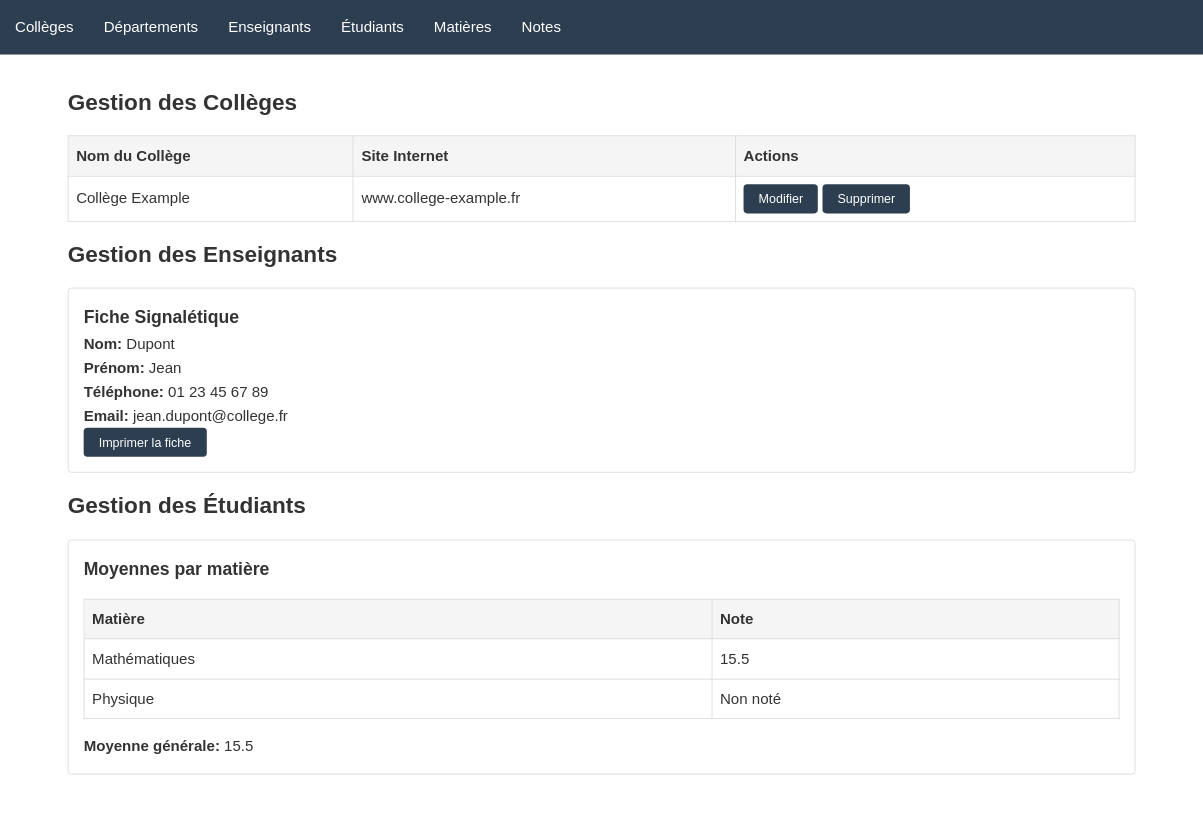
Repository: Ishimw3/college-management
Page: college-management-system.html
The author's editor kept a copy of each file at every save. The page is drawn from the files as they stood at one save, then again after the next save.
The browser window is 1280 px wide. The pictures show the whole page, at 94% of full size.

Above is the page before, as saved 2025-02-24 19:12:41.

After the next save:
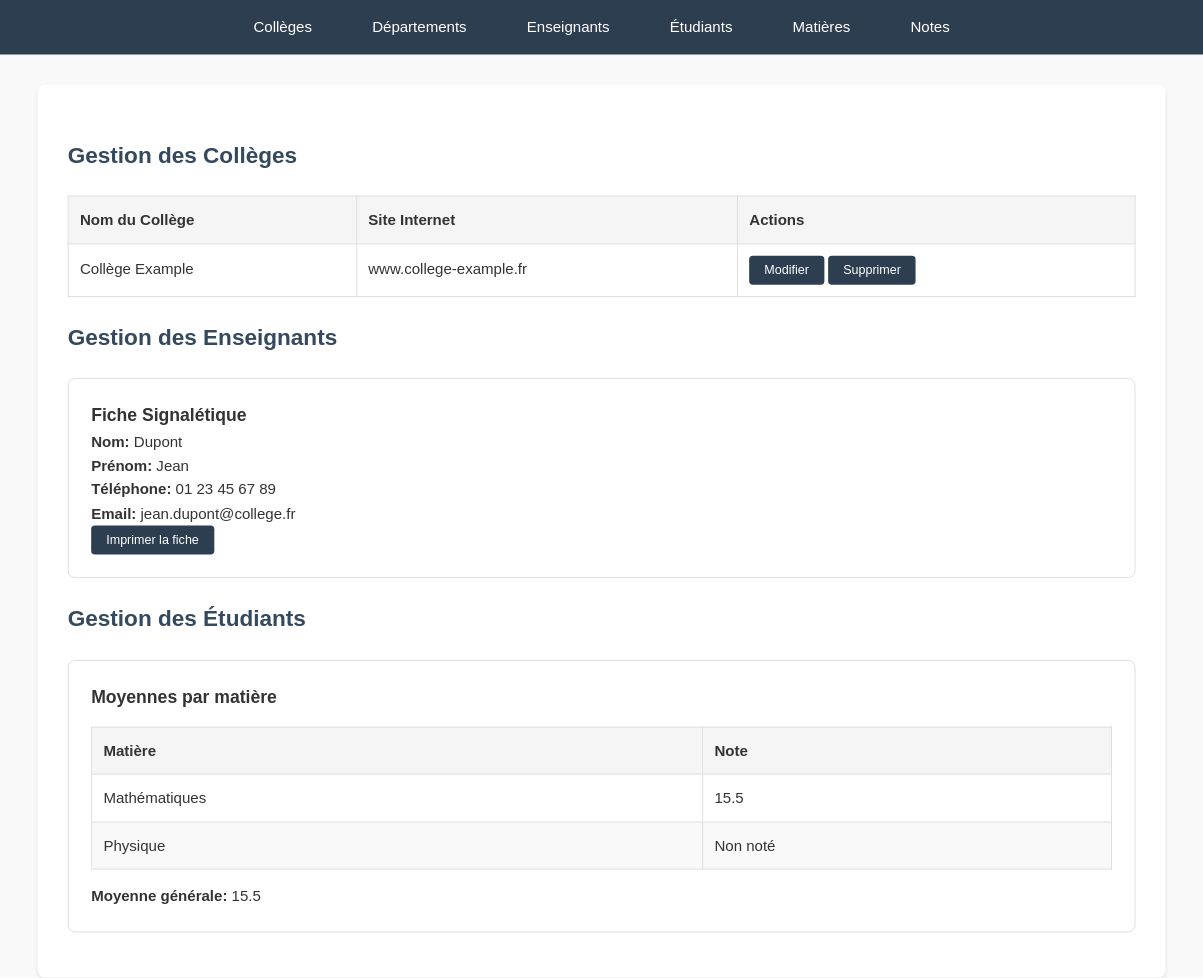
Saved 4 min 0 s later.
--- a/college-management-system.html
+++ b/college-management-system.html
@@ -4,108 +4,7 @@
     <meta charset="UTF-8">
     <meta name="viewport" content="width=device-width, initial-scale=1.0">
     <title>Gestion des Collèges</title>
-    <style>
-        /* Reset et styles de base */
-        * {
-            margin: 0;
-            padding: 0;
-            box-sizing: border-box;
-        }
-
-        body {
-            font-family: Arial, sans-serif;
-            line-height: 1.6;
-            color: #333;
-        }
-
-        /* Navigation */
-        nav {
-            background: #2c3e50;
-            padding: 1rem;
-        }
-
-        nav ul {
-            list-style: none;
-            display: flex;
-            gap: 2rem;
-        }
-
-        nav a {
-            color: white;
-            text-decoration: none;
-        }
-
-        /* Conteneur principal */
-        .container {
-            max-width: 1200px;
-            margin: 0 auto;
-            padding: 2rem;
-        }
-
-        /* Tableaux */
-        table {
-            width: 100%;
-            border-collapse: collapse;
-            margin: 1rem 0;
-        }
-
-        th, td {
-            border: 1px solid #ddd;
-            padding: 0.5rem;
-            text-align: left;
-        }
-
-        th {
-            background: #f5f5f5;
-        }
-
-        /* Formulaires */
-        form {
-            display: flex;
-            flex-direction: column;
-            gap: 1rem;
-            max-width: 500px;
-            margin: 1rem 0;
-        }
-
-        input, select {
-            padding: 0.5rem;
-            border: 1px solid #ddd;
-            border-radius: 4px;
-        }
-
-        button {
-            padding: 0.5rem 1rem;
-            background: #2c3e50;
-            color: white;
-            border: none;
-            border-radius: 4px;
-            cursor: pointer;
-        }
-
-        button:hover {
-            background: #34495e;
-        }
-
-        /* Cartes */
-        .card {
-            border: 1px solid #ddd;
-            padding: 1rem;
-            border-radius: 4px;
-            margin: 1rem 0;
-        }
-
-        /* Impression */
-        @media print {
-            nav, button {
-                display: none;
-            }
-
-            body {
-                font-size: 12pt;
-            }
-        }
-    </style>
+    <link rel="stylesheet" href="college-styles.css">
 </head>
 <body>
     <nav>
